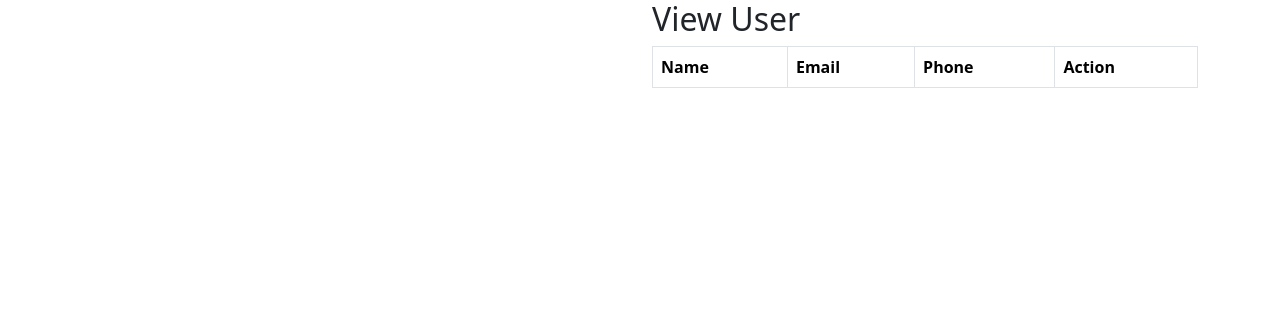
Repository: 9703146255/ADV-JAVA-PROJECTS
Page: http://localhost/03-CrudOperationProject/
An editor plug-in stored every save of this project. The page is shown before and after the next save, followed by the edit.
The browser window is 1280 px wide. The pictures show the whole page.
The page is served by Tomcat 9.

Above is the page before, as saved 2023-11-07 07:37:35.

After the next save:
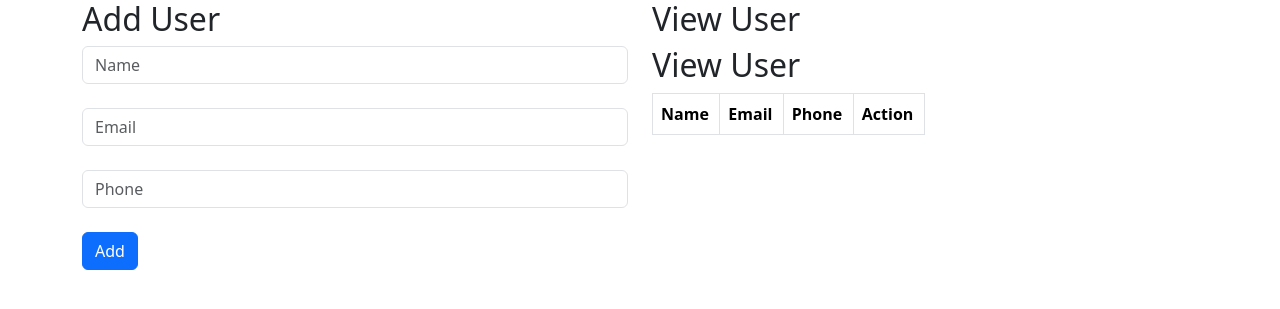
Saved 83 s later.
--- a/03-CrudOperationProject/src/main/webapp/user.jsp
+++ b/03-CrudOperationProject/src/main/webapp/user.jsp
@@ -13,9 +13,17 @@
   <div class="container">
     <div class="row">
       <div class="col-md-6">
-        <!-- Add User Form (left column) -->
+        <h2>Add User</h2>
+        <form action="UserController" method="post">
+          <input type="text" name="name" class="form-control" placeholder="Name" required><br>
+          <input type="text" name="email" class="form-control" placeholder="Email" required><br>
+          <input type="text" name="phone" class="form-control" placeholder="Phone" required><br>
+          <input type="submit" class="btn btn-primary" value="Add">
+        </form>
       </div>
       <div class="col-md-6">
+        <h2>View User</h2>
+        <div class="col-md-6">
         <h2>View User</h2>
         <table class="table table-bordered">
           <thead>
@@ -41,6 +49,7 @@
           </tbody>
         </table>
       </div>
+      </div>
     </div>
   </div>
 </body>
